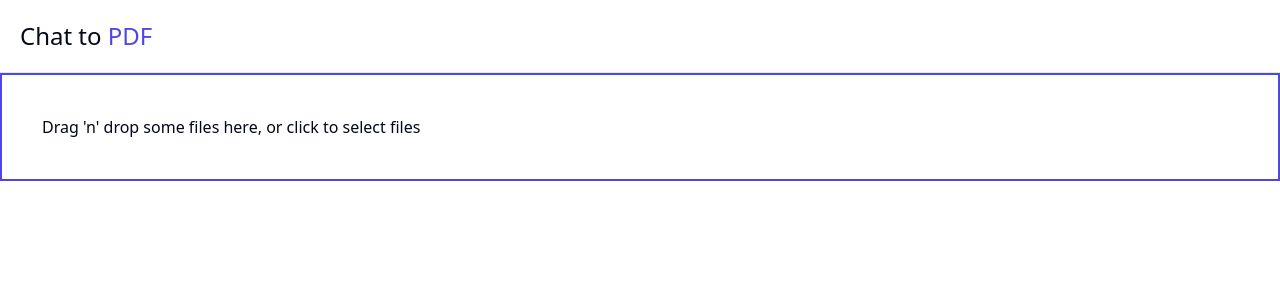
Repository: JonoSuave/chat-with-pdf
Page: /dashboard/upload
An editor plug-in stored every save of this project. The page is shown before and after the next save, followed by the edit.
The browser window is 1280 px wide. The pictures show the whole page.
The page's requests for data from a server got no answer. The project was rebuilt for these pictures with package versions that can differ from the ones it lists, and the page was loaded fresh each time. Some packages were replaced by stand-ins written for this rebuild. The framework's server and built-in components were replaced by stand-ins that run in the browser. No one was signed in, and anything a server would have sent is missing. Also part of the build but not shown: next.config.mjs, src/lib/utils.ts, src/components/ui/button.tsx.

Above is the page before, as saved 2024-07-24 09:52:47.

### src/app/layout.tsx
import { ClerkProvider } from "@clerk/nextjs";
import "./globals.css";
// import Header from "@/components/Header";

export default function RootLayout({
	children,
}: Readonly<{
	children: React.ReactNode;
}>) {
	return (
		<ClerkProvider>
			<html lang="en">
				<body className="min-h-screen h-screen overflow-hidden flex flex-col">
					{/* <Header /> */}
					{children}
				</body>
			</html>
		</ClerkProvider>
	);
}

### src/app/dashboard/layout.tsx
import Header from "@/components/Header";
import { ClerkLoaded } from "@clerk/nextjs";

function DashBoardLayout({ children }: { children: React.ReactNode }) {
	return (
		<ClerkLoaded>
			<div className="flex-1 flex flex-col h-screen">
				<Header />
				<main className="flex-1 overflow-y-auto">{children}</main>
			</div>
		</ClerkLoaded>
	);
}

export default DashBoardLayout;

### src/app/dashboard/upload/page.tsx
import FileUploader from "@/components/FileUploader";

function UploadPage() {
	return (
		<div>
			<FileUploader />
		</div>
	);
}

export default UploadPage;

### src/components/Header.tsx
"use client";
import { SignedIn, SignedOut, SignInButton, UserButton } from "@clerk/nextjs";
import Link from "next/link";
import React from "react";
import { Button } from "./ui/button";
import { FilePlus2 } from "lucide-react";

export default function Header() {
	return (
		<div className="flex justify-between bg-white shadow-sm p-5 border-b">
			<Link href="/dashboard" className="text-2xl">
				Chat to <span className="text-indigo-600">PDF</span>
			</Link>
			<SignedIn>
				<div className="flex items-center space-x-2">
					<Button asChild variant="link" className="hidden md:flex">
						<Link href="/dashboard/upgrade">Pricing</Link>
					</Button>

					<Button asChild variant="outline">
						<Link href="/dashboard">My Documents</Link>
					</Button>

                    <Button asChild variant="outline">
                        <Link href="/dashboard/upload"><FilePlus2 className="text-indigo-600" /></Link>
                    </Button>
					{/* Upgrade Button */}
					<UserButton />
				</div>
			</SignedIn>
		</div>
	);
}

### src/components/FileUploader.tsx
"use client";
import React, { useCallback } from "react";
import { useDropzone } from "react-dropzone";

function FileUploader() {
	const onDrop = useCallback((acceptedFiles: File[]) => {
		// Do something with the files
	}, []);
	const { getRootProps, getInputProps, isDragActive, isFocused } = useDropzone({ onDrop });
	return (
		<div {...getRootProps()}
        className={`p-10 border-2 border-indigo-600 `}
        >
			<input {...getInputProps()} />
			{isDragActive ? (
				<p>Drop the files here ...</p>
			) : (
				<p>Drag 'n' drop some files here, or click to select files</p>
			)}
		</div>
	);
}

export default FileUploader;

Loaded but not shown: src/app/globals.css (common file); tailwind.config.ts (common file)

After the next save:
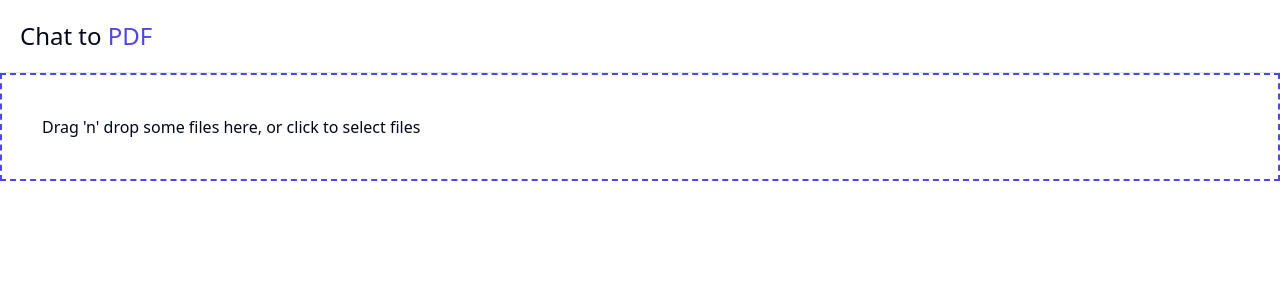
Saved 11 s later.
--- a/src/components/FileUploader.tsx
+++ b/src/components/FileUploader.tsx
@@ -9,7 +9,7 @@ function FileUploader() {
 	const { getRootProps, getInputProps, isDragActive, isFocused } = useDropzone({ onDrop });
 	return (
 		<div {...getRootProps()}
-        className={`p-10 border-2 border-indigo-600 `}
+        className={`p-10 border-2 border-indigo-600 border-dashed `}
         >
 			<input {...getInputProps()} />
 			{isDragActive ? (
